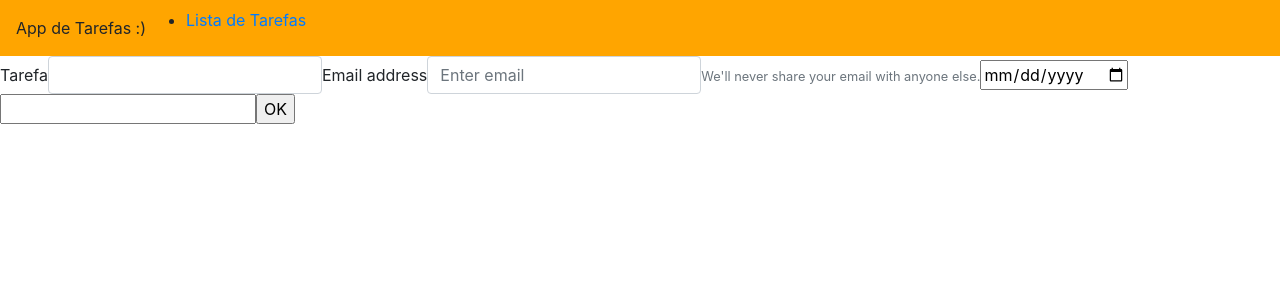
Repository: sophiaks/CRUD
Page: http://localhost/Projeto1/Views/adiciona.jsp
The author's editor kept a copy of each file at every save. The page is drawn from the files as they stood at one save, then again after the next save.
The browser window is 1280 px wide. The pictures show the whole page.
The page is served by Tomcat 9. Nobody is signed in. The application's start-up code is not run.

Above is the page before, as saved 2020-09-23 19:09:47.

After the next save:
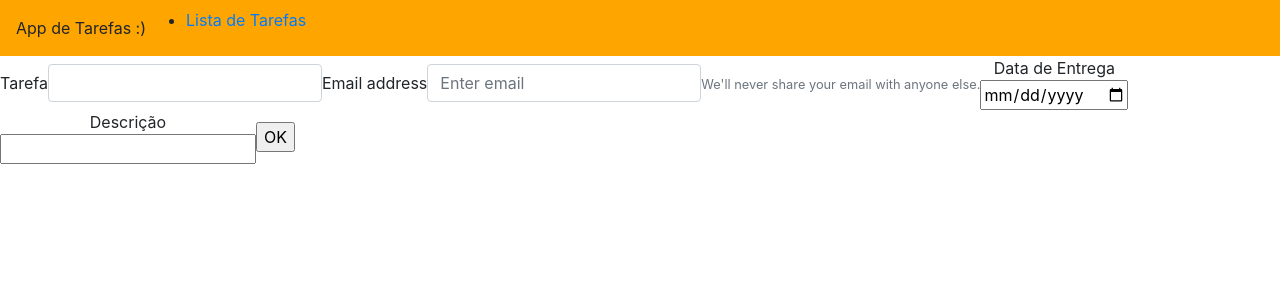
Saved 90 s later.
--- a/WorkspaceP1/Projeto1/WebContent/Views/adiciona.jsp
+++ b/WorkspaceP1/Projeto1/WebContent/Views/adiciona.jsp
@@ -39,12 +39,15 @@
     <small id="emailHelp" class="form-text text-muted">We'll never share your email with anyone else.</small>
   </div>
 
-		<div><input type="date" name="entrega"></div>
+		<div>
+			<label for="nome">Data de Entrega</label>
+			<input type="date" name="entrega">
+		</div>
 
-
-
-
-				<input type="text" name="descricao">
+		<div>
+			<label for="descrica">Descrição</label>
+			<input type="text" name="descricao">
+		</div>
 
 
 			<input type="submit" value="OK">
